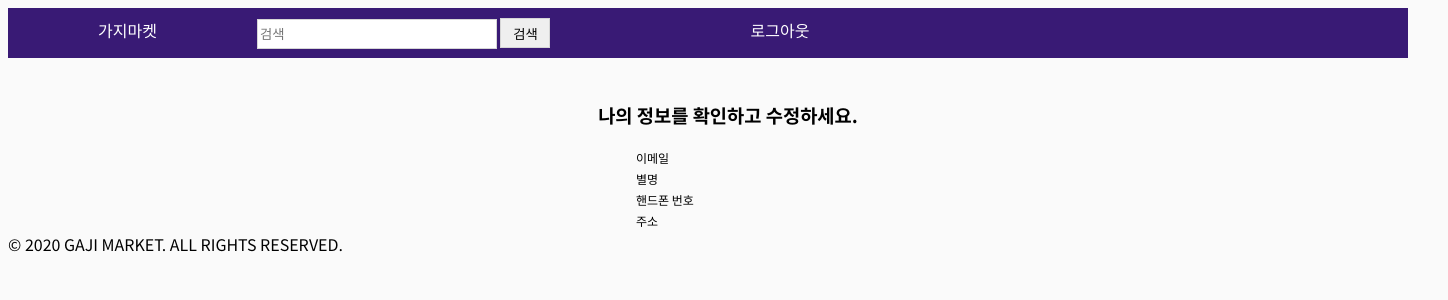
Repository: dblee0128/gajimarket
Page: http://localhost/GajiMarket/WEB-INF/views/myInfo/member/get.jsp
An editor plug-in stored every save of this project. The page is shown before and after a run of saves, followed by the edit.
The browser window is 1280 px wide. The page is 1448 px wide, so the pictures cover 1448 px, including what lies to the right of the window. The pictures show the whole page.
The page is served by Tomcat 9. Nobody is signed in. The template is opened directly, without the code that normally fills it, so the values that code supplies are empty.

Above is the page before, as saved 2020-10-30 08:01:01.

After the next 2 saves:
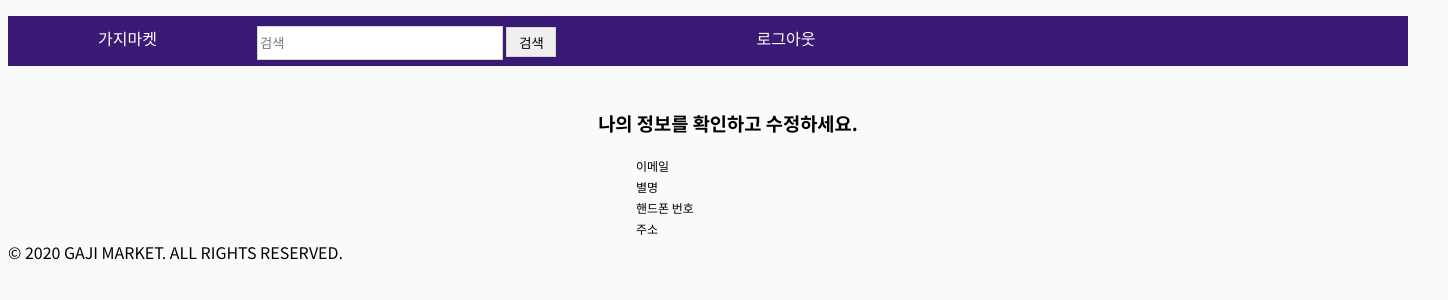
The 2 saves are shown as one change because they came seconds apart.
The last was saved 10 s later.
--- a/GajiMarket/src/main/webapp/WEB-INF/views/myInfo/member/get.jsp
+++ b/GajiMarket/src/main/webapp/WEB-INF/views/myInfo/member/get.jsp
@@ -2,7 +2,6 @@
 	pageEncoding="UTF-8"%>
 <%@ taglib uri="http://java.sun.com/jsp/jstl/core" prefix="c"%>
 <%@ taglib uri="http://www.springframework.org/tags/form" prefix="form"%>
-<%@ include file="../../includes/header.jsp"%>
 <!DOCTYPE html>
 <html>
 <head>
@@ -12,6 +11,7 @@
 <link href="https://fonts.googleapis.com/css2?family=Noto+Sans+KR:wght@500&display=swap" rel="stylesheet">
 </head>
 <body>
+	<%@ include file="../../includes/header.jsp"%>
 	<h3 align="center">나의 정보를 확인하고 수정하세요.</h3>
 		<div id="registerArea">
 			<table>
